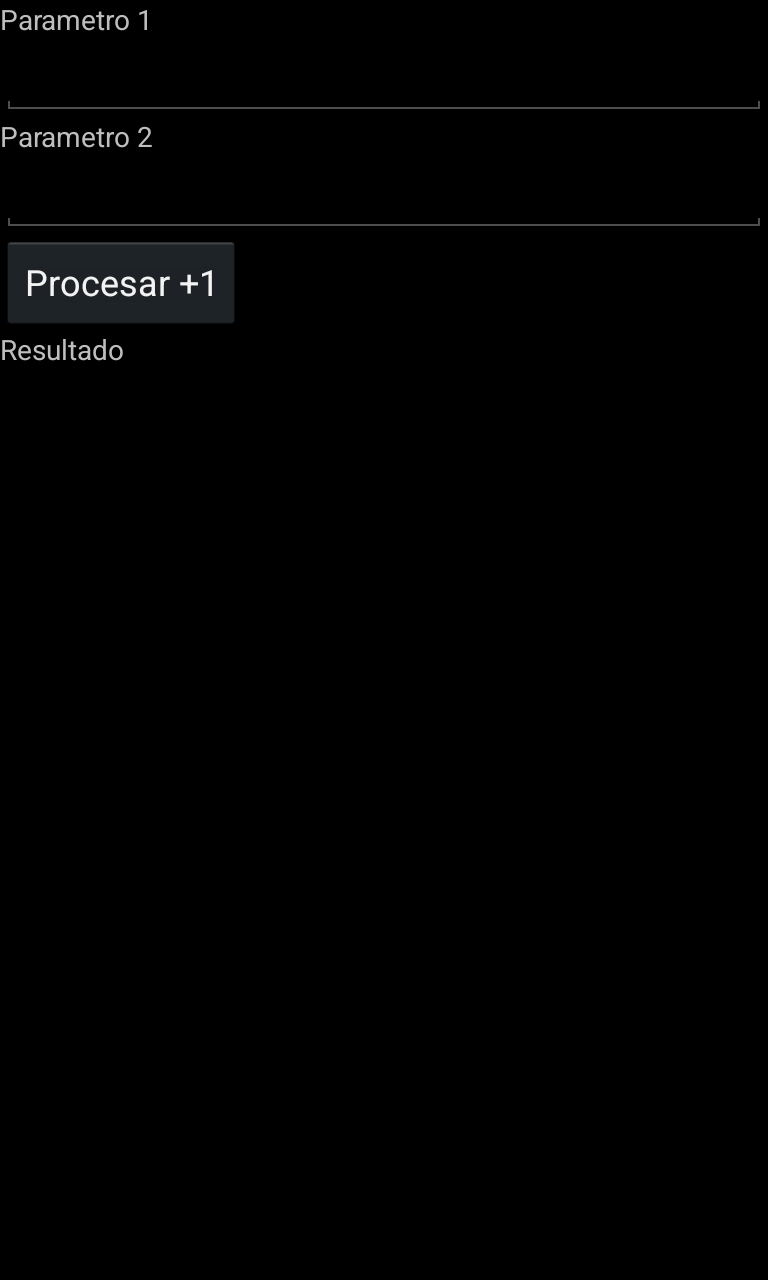
Repository: dorisserruto/un_exercises
Layout: javaandroid/Recursos/workspace-profe/lab11_activity/res/layout/main.xml
The author's editor kept a copy of each file at every save. The layout is drawn from the files as they stood at one save, then again after the next save.
It is drawn on a 768 x 1280 px phone screen (xhdpi) without system bars, with theme android:Theme.Holo; the app's code is not run.

Above is the layout before, as saved 2012-06-24 00:17:26.

After the next save:
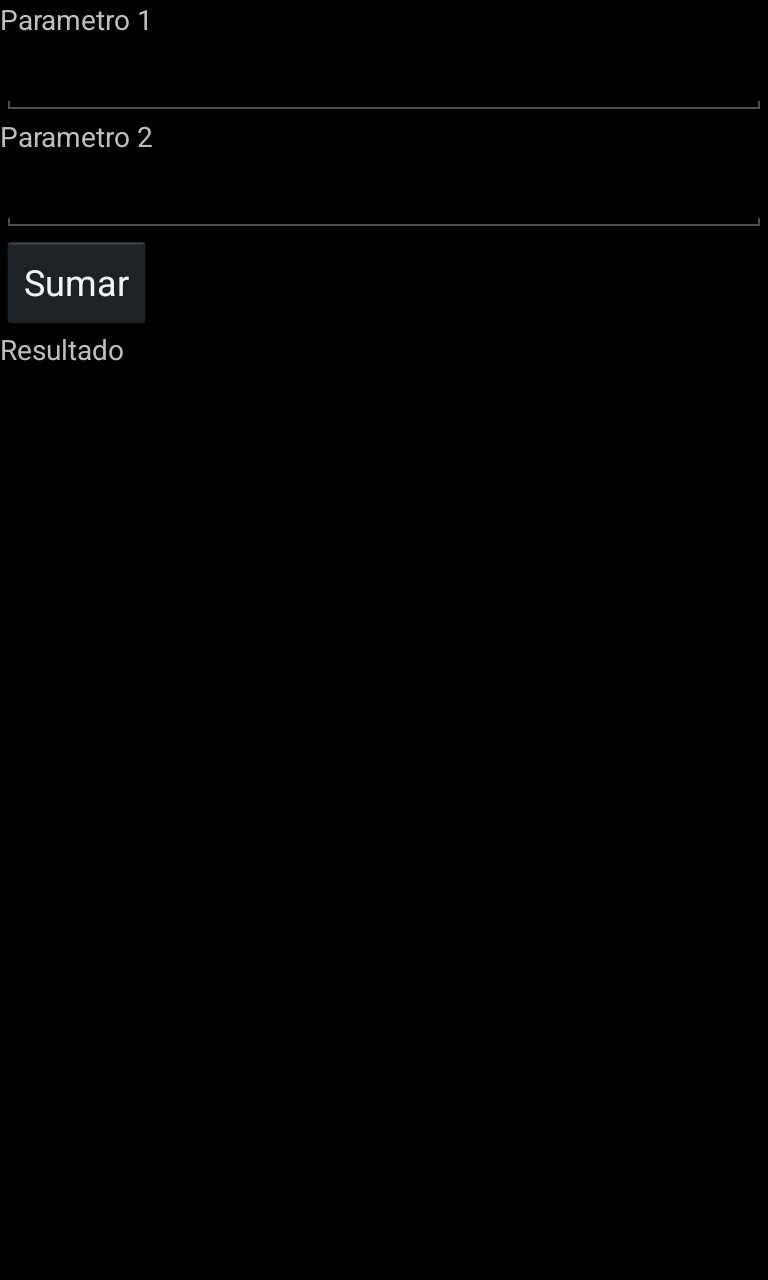
Saved 2 min 22 s later.
--- a/javaandroid/Recursos/workspace-profe/lab11_activity/res/layout/main.xml
+++ b/javaandroid/Recursos/workspace-profe/lab11_activity/res/layout/main.xml
@@ -36,7 +36,7 @@
         android:id="@+id/btnProcesar"
         android:layout_width="wrap_content"
         android:layout_height="wrap_content"
-        android:text="Procesar +1" />
+        android:text="Sumar" />
 
     <TextView
         android:id="@+id/textView3"
